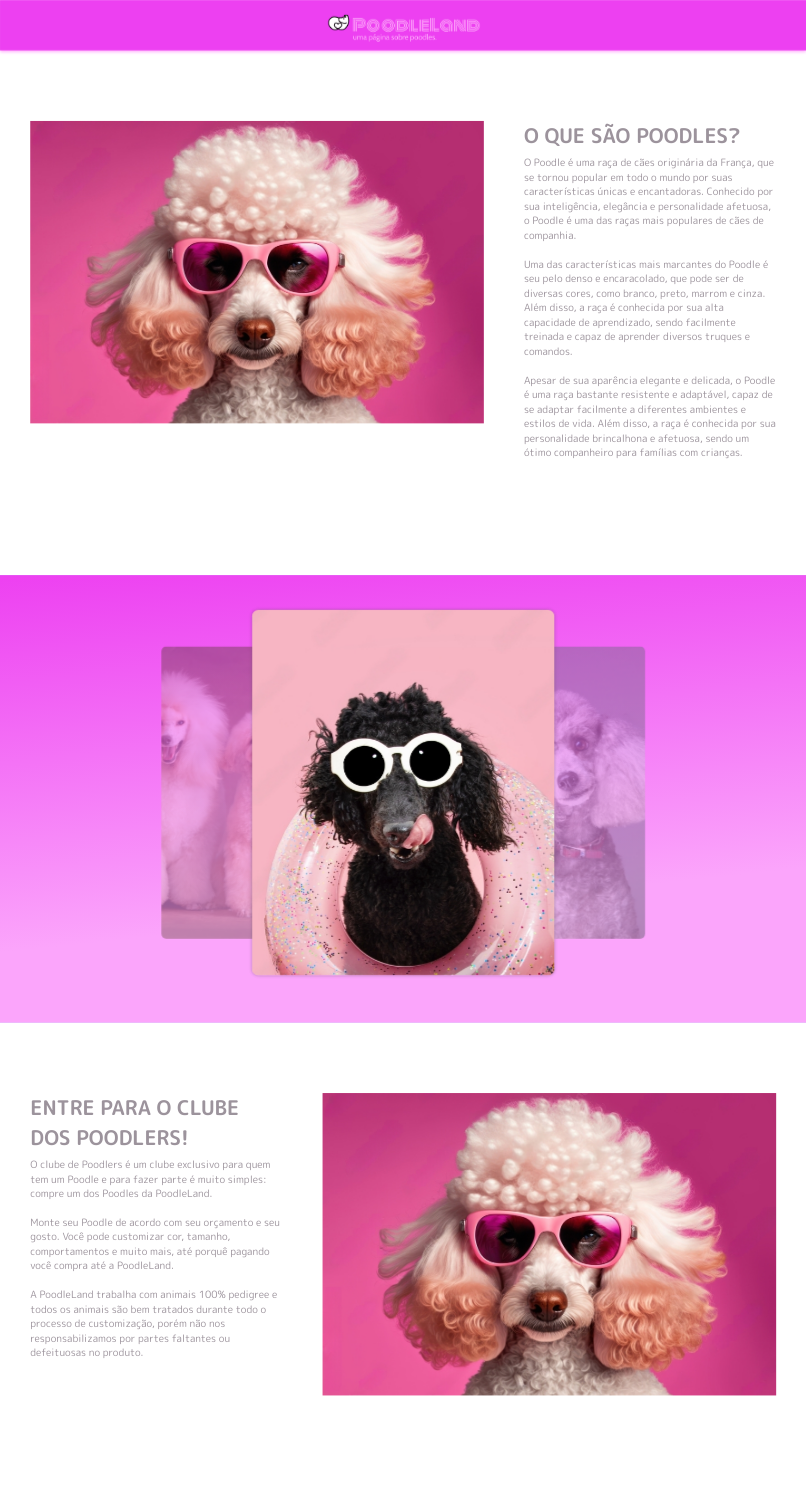
Repository: vinibalt/PoodleLand
Page: poddlelandia.html
These files come from the project's save history. The page is drawn as it stood at one moment and after the next save; the edit follows.
The browser window is 1280 px wide. The pictures show the whole page, at 63% of full size.

Above is the page before, as saved 2023-05-12 22:09:24.

### poddlelandia.html
<!DOCTYPE html>
<html lang="en">

<head>
    <meta charset="UTF-8">
    <meta http-equiv="X-UA-Compatible" content="IE=edge">
    <meta name="viewport" content="width=device-width, initial-scale=1.0">
    <link rel="stylesheet" href="./assets/css/styles.css">
    <title> PoodleLand </title>
</head>

<body>
    <header class="header">
        <div class="content">
            <img src="./assets/img/logo-poodleland.png" alt="" height="60px">
        </div>
    </header>

    <section class="section-one row">
        <div class="img-one">
            <img src="./assets/img/poddle-lindo.jpeg" alt="" height="480px">
        </div>

        <div class="text-one">
            <h1>O QUE SÃO POODLES?</h1>
            <p>
                O Poodle é uma raça de cães originária da França, que se tornou popular em todo o mundo por suas
                características únicas e encantadoras. Conhecido por sua inteligência, elegância e personalidade
                afetuosa, o Poodle é uma das raças mais populares de cães de companhia. <br><br>
                Uma das características mais marcantes do Poodle é seu pelo denso e encaracolado, que pode ser de
                diversas cores, como branco, preto, marrom e cinza. Além disso, a raça é conhecida por sua alta
                capacidade de aprendizado, sendo facilmente treinada e capaz de aprender diversos truques e comandos.
                <br><br>
                Apesar de sua aparência elegante e delicada, o Poodle é uma raça bastante resistente e adaptável, capaz
                de se adaptar facilmente a diferentes ambientes e estilos de vida. Além disso, a raça é conhecida por
                sua personalidade brincalhona e afetuosa, sendo um ótimo companheiro para famílias com crianças.
                <br><br>

            </p>
        </div>
    </section>

    <section class="section-carousel">

        <div class="container">
            <input type="radio" name="slider" id="item-1" checked>
            <input type="radio" name="slider" id="item-2">
            <input type="radio" name="slider" id="item-3">
          <div class="cards">
            <label class="card" for="item-1" id="song-1">
              <img class="img-carousel" src="./assets/img/poodle-praiano.jpeg" alt="song">
            </label>
            <label class="card" for="item-2" id="song-2">
              <img class="img-carousel" src="./assets/img/poodle-cinza-transformed.jpeg" alt="song">
            </label>
            <label class="card" for="item-3" id="song-3">
              <img class="img-carousel" src="./assets/img/poodle-varias-cores-transformed.jpeg" alt="song">
            </label>
          </div>
        </div>

    </section>

    <section class="section-two row">
        <div class="text-two">
            <h1>ENTRE PARA O CLUBE DOS POODLERS!</h1>
            <p>
                O clube de Poodlers é um clube exclusivo para quem tem um Poodle e para fazer parte é muito simples:
                compre um dos Poodles da PoodleLand. <br><br>
                Monte seu Poodle de acordo com seu orçamento e seu gosto. Você pode customizar cor, tamanho, comportamentos
                e muito mais, até porquê pagando você compra até a PoodleLand.
                <br><br>
                A PoodleLand trabalha com animais 100% pedigree e todos os animais são bem tratados durante todo o processo
                de customização, porém não nos responsabilizamos por partes faltantes ou defeituosas no produto.
                <br><br>

            </p>
        </div>

        <div class="img-two">
            <img src="./assets/img/poddle-lindo.jpeg" alt="" height="480px">
        </div>
    </section>

    <footer>

    </footer>
</body>

</html>

### assets/css/styles.css
@import url('https://fonts.googleapis.com/css2?family=Heebo:wght@300;400;500;600;700;800;900&display=swap');
@import url('https://fonts.googleapis.com/css2?family=M+PLUS+Rounded+1c:wght@100;300;400;500;700;800;900&display=swap');
/* font-family: 'Heebo', sans-serif; */

* {
    padding: 0;
    margin: 0;

    font-family: 'M PLUS Rounded 1c', sans-serif;
}

body {
    scroll-behavior: smooth;
}

.header {
    height: 80px;
    position: sticky;
    top: 0;
    background-color: #ed40f1;
    box-shadow: 0px 3px 5px 0px rgba(255,171,252,1);

    justify-content: center;
    align-items: center;
    text-align: center;

    z-index: 2;
}

.content img {
    padding-top: 1rem;
    border-radius: .5rem;

    border-radius: 8px;
}

.section-one, .section-two {
    height: auto;
    padding-top: 4rem;

    padding: 4rem 1rem 8rem 1rem;
    color: #9c939c;
}

.img-one, .text-one, .img-two, .text-two{
    padding: 3rem 2rem 2rem;
}

.text-one {

}

.text-one > h1 {
 font-size: 32px;
 font-weight: 700;

 padding-bottom: .5rem;
}

.text-two > h1 {
    font-size: 32px;
    font-weight: 700;

    padding-bottom: .5rem;
   }

.text-one > p {
    font-size: 16px;
    font-weight: 400;
}

.text-two > p {
    font-size: 16px;
    font-weight: 400;
}

.text-two {

}

.section-carousel {
    height: 650px;
    /* background-color: #fba5fb; */
    background: rgb(237,64,241);
    background: linear-gradient(174deg, rgba(237,64,241,1) 0%, rgba(251,165,251,1) 71%);
}








.row {
    display: flex;
    flex-direction: row;
}

.column {
    display: flex;
    flex-direction: column;
}







@import url("https://fonts.googleapis.com/css?family=DM+Sans:400,500,700&display=swap");



.section-carousel {
  display: flex;
  align-items: center;
  justify-content: center;
  padding: 30px 10px;
  font-family: 'DM Sans', sans-serif;
  transition: background .4s ease-in;
  background-color: #c394f8;

  &.blue {
    background-color: #428aa6;
  }
}

input[type=radio] {
  display: none;
}

.card {
  position: absolute;
  width: 60%;
  height: 100%;
  left: 0;
  right: 0;
  margin: auto;
  transition: transform .4s ease;
  cursor: pointer;
}

.container {
  width: 100%;
  max-width: 800px;
  max-height: 600px;
  height: 100%;
  transform-style: preserve-3d;
  display: flex;
  justify-content: center;
  flex-direction: column;
  align-items: center;
}

.cards {
  position: relative;
  width: 100%;
  height: 100%;
  margin-bottom: 20px;

  z-index: 1;
}

.img-carousel {
  width: 100%;
  height: 100%;
  border-radius: 10px;
  object-fit: cover;
}

#item-1:checked ~ .cards #song-3, #item-2:checked ~ .cards #song-1, #item-3:checked ~ .cards #song-2 {
  transform: translatex(-40%) scale(.8);
  opacity: .4;
  z-index: 0;
}

#item-1:checked ~ .cards #song-2, #item-2:checked ~ .cards #song-3, #item-3:checked ~ .cards #song-1 {
  transform: translatex(40%) scale(.8);
  opacity: .4;
  z-index: 0;
}

#item-1:checked ~ .cards #song-1, #item-2:checked ~ .cards #song-2, #item-3:checked ~ .cards #song-3 {
  transform: translatex(0) scale(1);
  opacity: 1;
  z-index: 1;

  img {
    box-shadow: 0px 0px 5px 0px rgba(81, 81, 81, 0.47);
  }
}

.player {
  background-color: #fff;
  border-radius: 8px;
  min-width: 320px;
  padding: 16px 10px;
}

.upper-part {
  position: relative;
  display: flex;
  align-items: center;
  margin-bottom: 12px;
  height: 36px;
  overflow: hidden;
}

.play-icon{ margin-right: 10px; }

.song-info {
  width: calc(100% - 32px);
  display: block;
}

.song-info .title {
  color: #403d40;
  font-size: 14px;
  line-height: 24px;
}

.sub-line {
  display: flex;
  justify-content: space-between;
  width: 100%;
}

.subtitle, .time {
  font-size: 12px;
  line-height: 16px;
  color: #c6c5c6;
}

.time {
  font-size: 12px;
  line-height: 16px;
  color: #a5a5a5;
  font-weight: 500;
  margin-left: auto;
}

.progress-bar {
  height: 3px;
  width: 100%;
  background-color: #e9efff;
  border-radius: 2px;
  overflow: hidden;
}

.progress {
  display: block;
  position: relative;
  width: 60%;
  height: 100%;
  background-color: #2992dc;
  border-radius: 6px;
}

.info-area {
  width: 100%;
  position: absolute;
  top: 0;
  left: 30px;
  transition: transform .4s ease-in;
}

#item-2:checked ~ .player #test {
  transform: translateY(0);
}

#item-2:checked ~ .player #test  {
  transform: translateY(-40px);
}

#item-3:checked ~ .player #test  {
  transform: translateY(-80px);
}

After the next save:
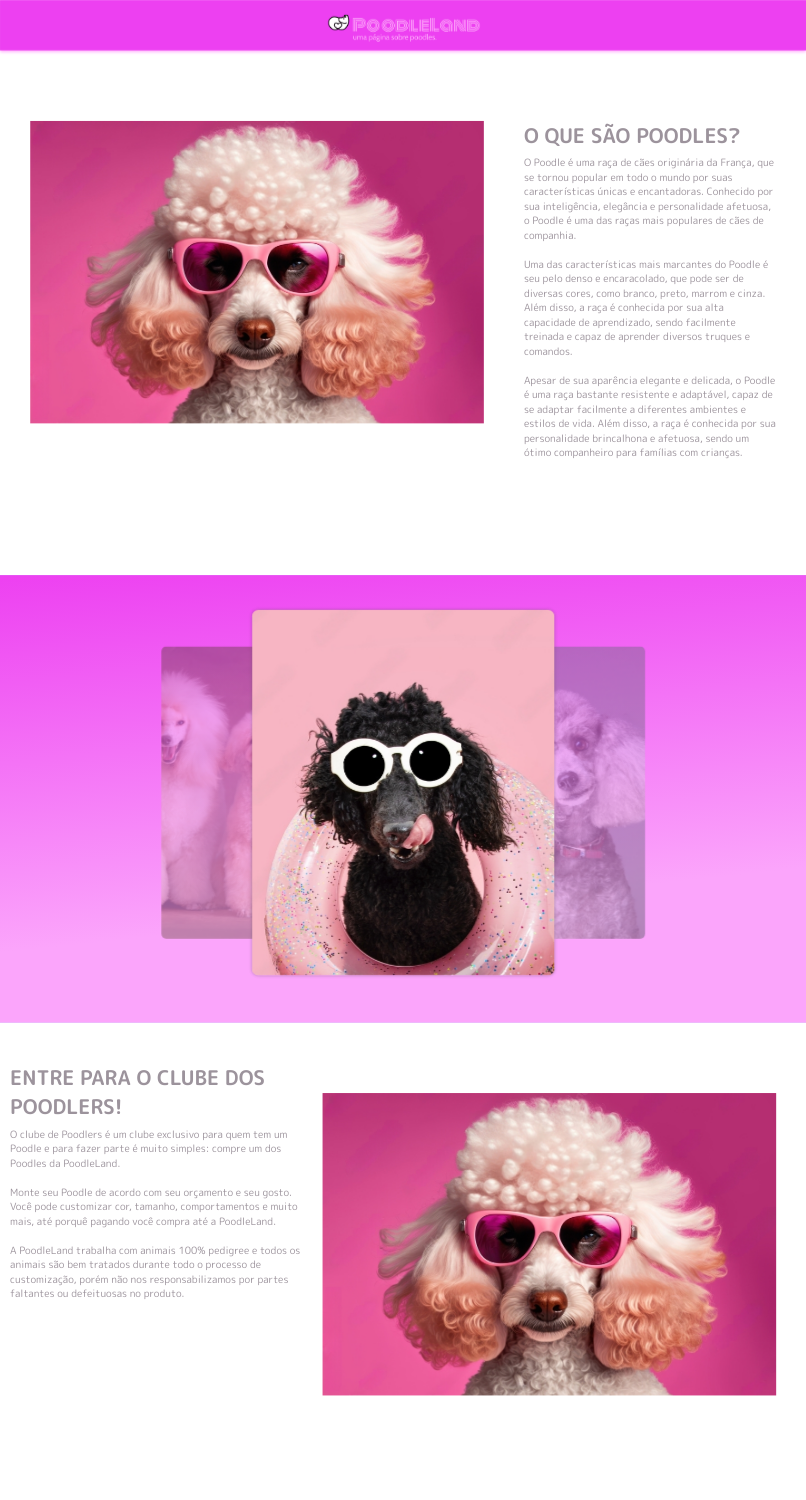
Saved 25 s later.
--- a/assets/css/styles.css
+++ b/assets/css/styles.css
@@ -42,7 +42,7 @@ body {
     color: #9c939c;
 }
 
-.img-one, .text-one, .img-two, .text-two{
+.img-one, .text-one, .img-two{
     padding: 3rem 2rem 2rem;
 }
 
